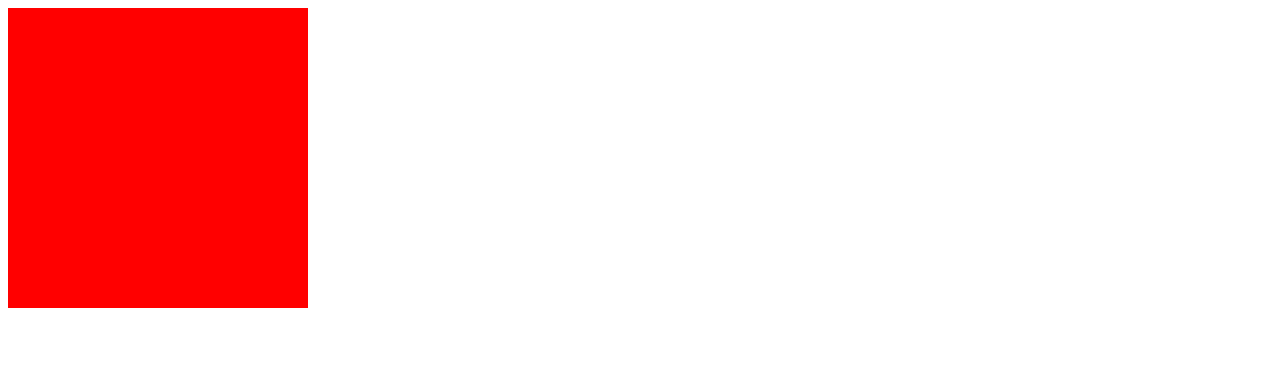
Repository: pooh0721/-
Page: box/box.html
The author's editor kept a record of every edit. The page is drawn from the files as they stood at one moment, then again after the next edit.
The browser window is 1280 px wide. The pictures show the whole page.

Above is the page before.

### box/box.css
.box1 {
  width: 300px ;
  height: 300px;
  background-color: #FF0000;
}

.box2 {
  width: 100px;
  height: 100px;
}

Loaded but not shown: box/box.html (common file)

After the next edit:
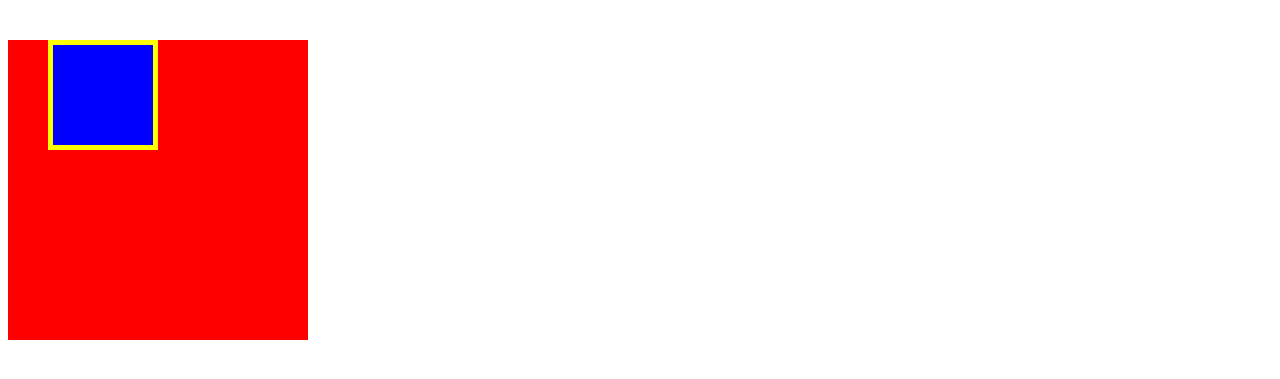
The edit:
--- a/box/box.css
+++ b/box/box.css
@@ -7,4 +7,11 @@
 .box2 {
   width: 100px;
   height: 100px;
+  background-color: blue;
+  border: 5px solid yellow;
+  margin-top: 40px;    /* 上側に40pxのmarginを指定 */
+margin-right: 40px;  /* 右側に40pxのmarginを指定 */
+margin-bottom: 40px; /* 下側に40pxのmarginを指定 */
+margin-left: 40px;   /* 左側に40pxのmarginを指定 */
+
 }
